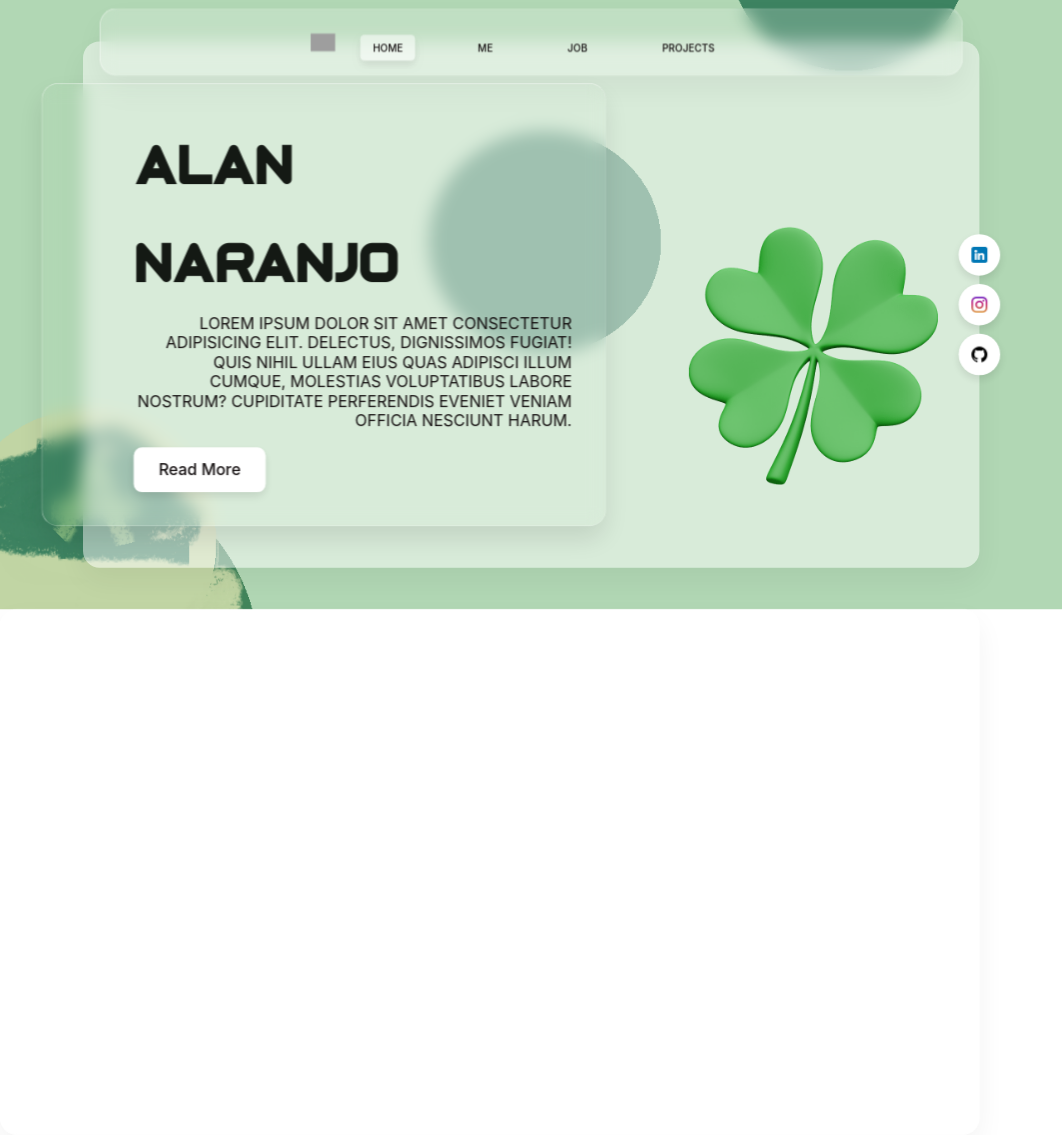
Repository: L-A-M-J-O/Me-sitio-Web
Page: / (app in my-project/)
The author's editor kept a copy of each file at every save. The page is drawn from the files as they stood at one save, then again after the next save.
The browser window is 1280 px wide. The pictures show the whole page, at 83% of full size.
Pictures or frames that could not be fetched are drawn as grey boxes. Backgrounds fixed to the window are drawn as part of the page. The project was rebuilt for these pictures with package versions that can differ from the ones it lists, and the page was loaded fresh each time.

Above is the page before, as saved 2022-09-19 16:41:47.

After the next save:
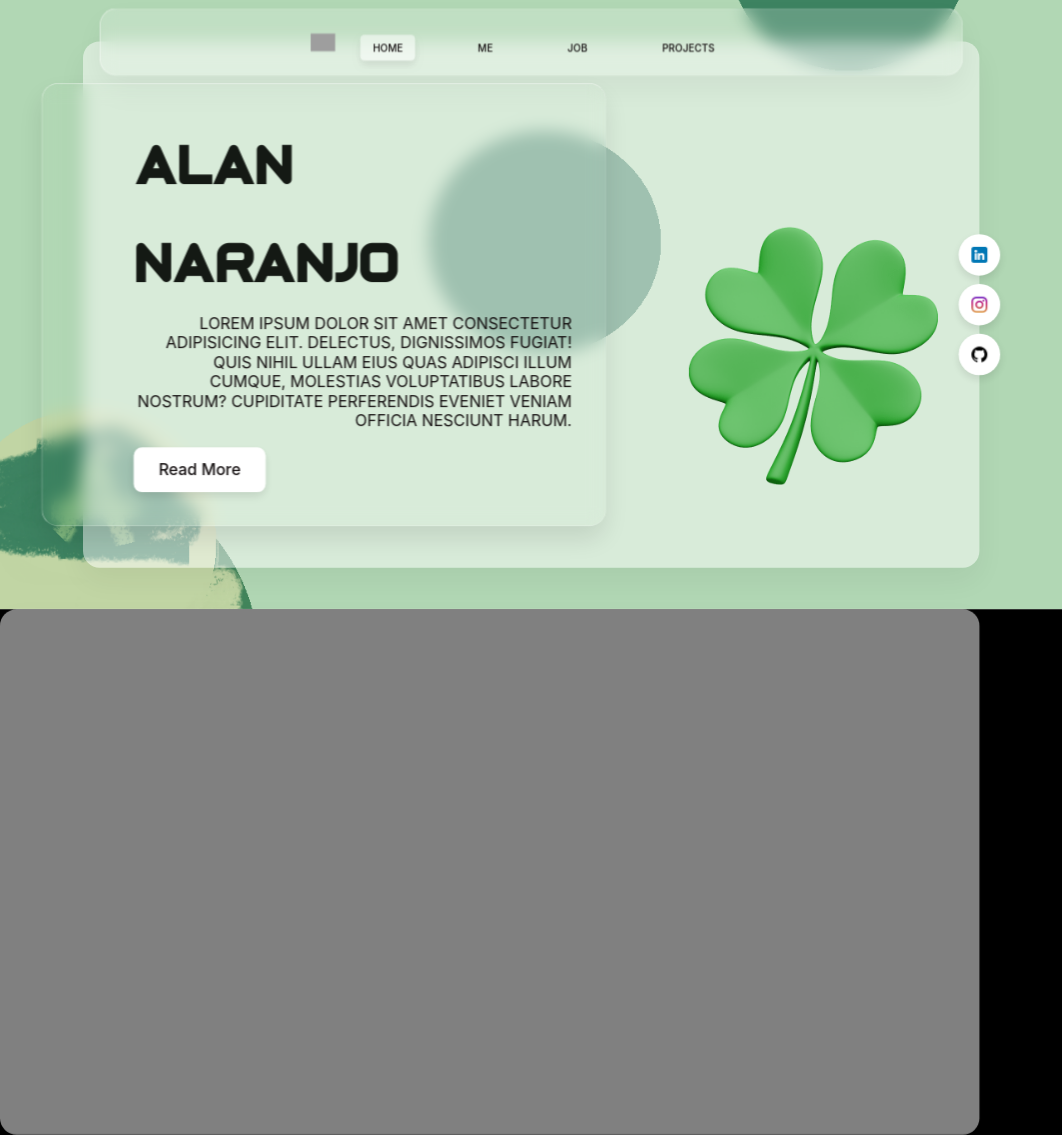
Saved 12 s later.
--- a/my-project/src/components/Me/Me.css
+++ b/my-project/src/components/Me/Me.css
@@ -1,4 +1,4 @@
-section-me {
+.section-me {
     background-color: black;
 }
 

After the save that followed:
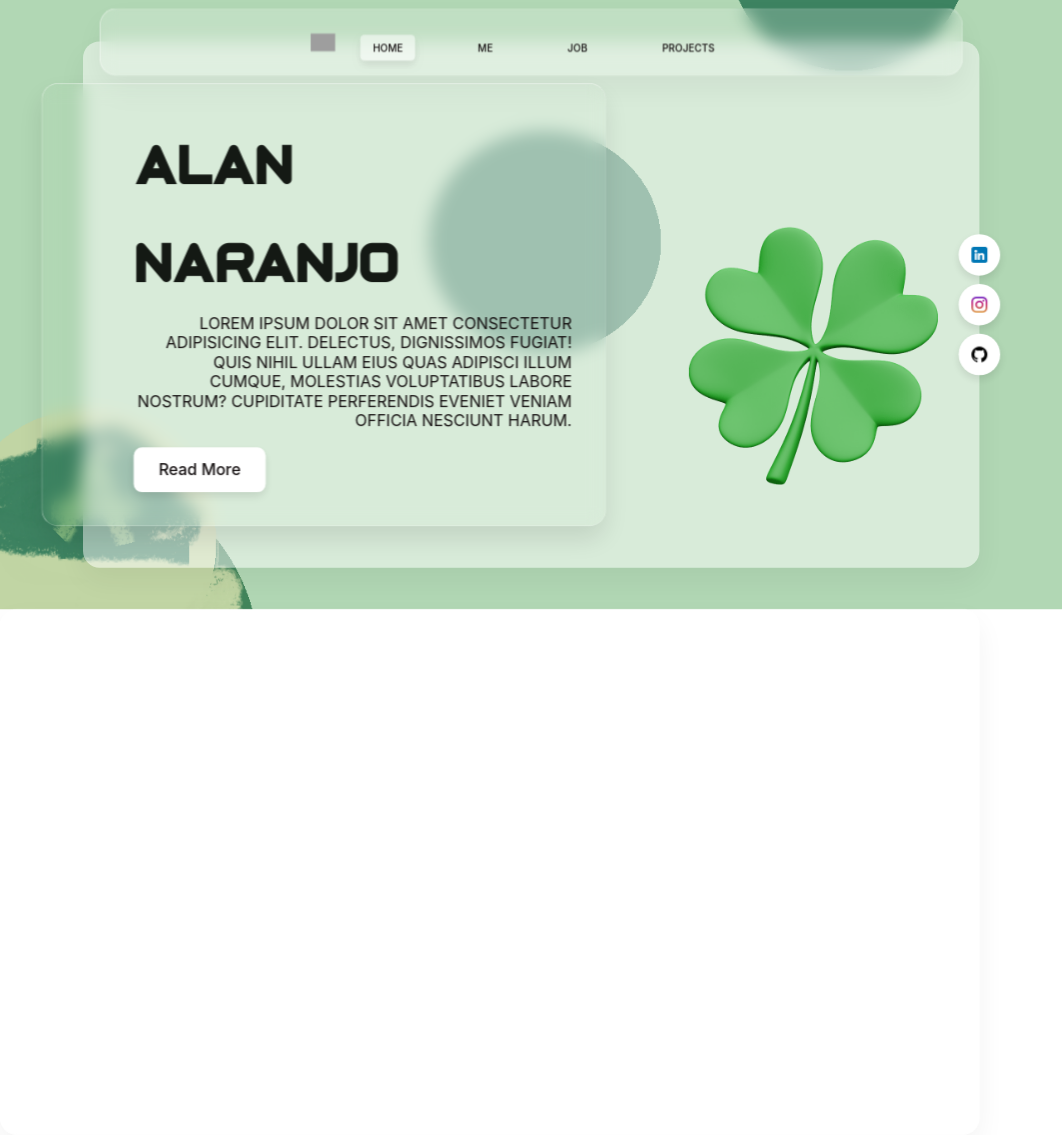
Saved 7 s later.
--- a/my-project/src/components/Me/Me.css
+++ b/my-project/src/components/Me/Me.css
@@ -1,5 +1,15 @@
 .section-me {
-    background-color: black;
+
+    section {
+        display: flex;
+        justify-content: center;
+        align-items: center;
+        min-height: 100vh;
+        background-image: url(../../assets/img/banner.png);
+        background-position: center;
+        background-attachment: fixed;
+        padding: 50px;
+    }
 }
 
 
